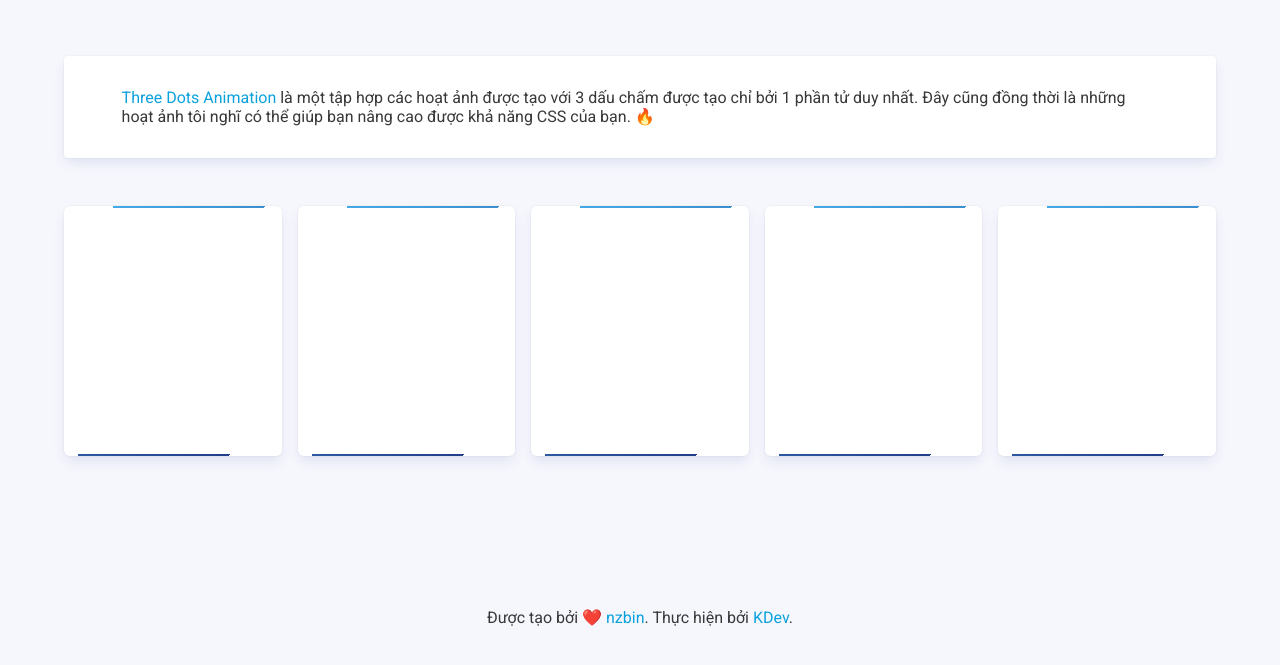
Repository: haokiet2501/lazy-loader-animation
Page: index.html
An editor plug-in stored every save of this project. The page is shown before and after the next save, followed by the edit.
The browser window is 1280 px wide. The pictures show the whole page.
The style sheet was rebuilt from its Sass, Less or Tailwind sources for each picture, by a compiler version that may differ from the author's.

Above is the page before, as saved 2022-05-06 20:47:41.

After the next save:
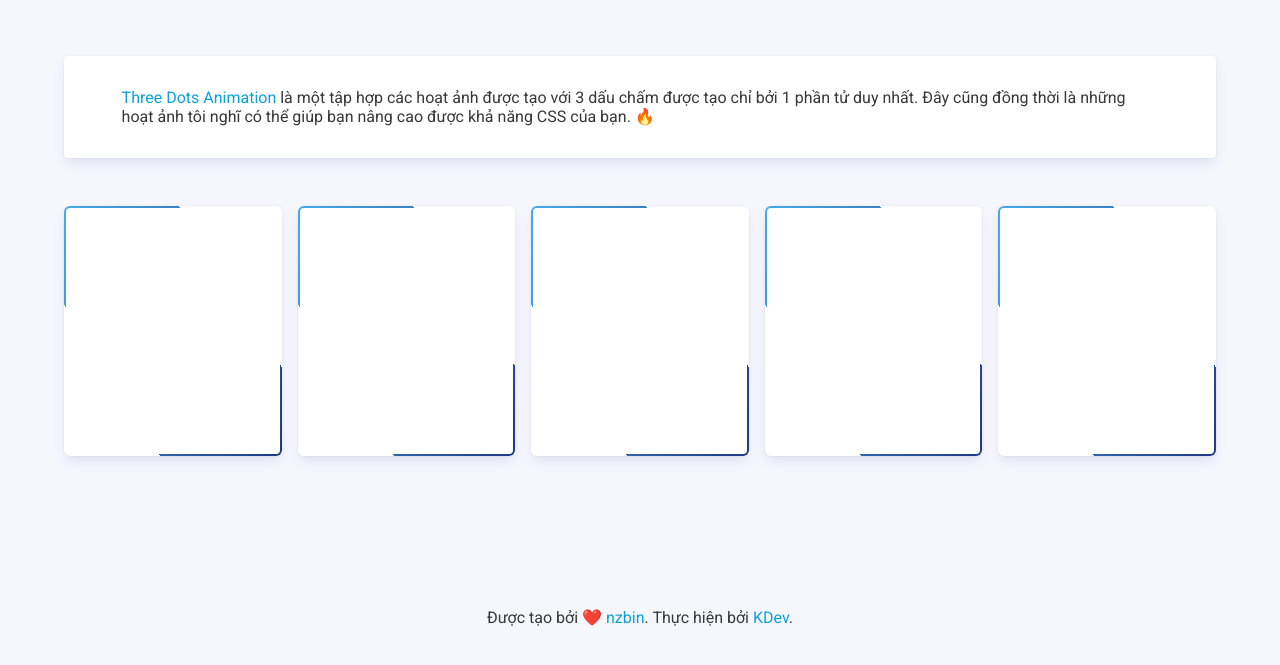
Saved 15 s later.
--- a/sass/styles.scss
+++ b/sass/styles.scss
@@ -35,7 +35,7 @@ $color-line: #50dfdb;
     width: 150px;
     height: 140%;
     background: linear-gradient(145deg, #1E2A78 , #49BCF6);
-    animation: animate 4s cubic-bezier(.17, .67, .47, .67) infinite;
+    animation: animate 4s cubic-bezier(.37, .67, .47, .67) infinite;
 }
 
 .box::after {
